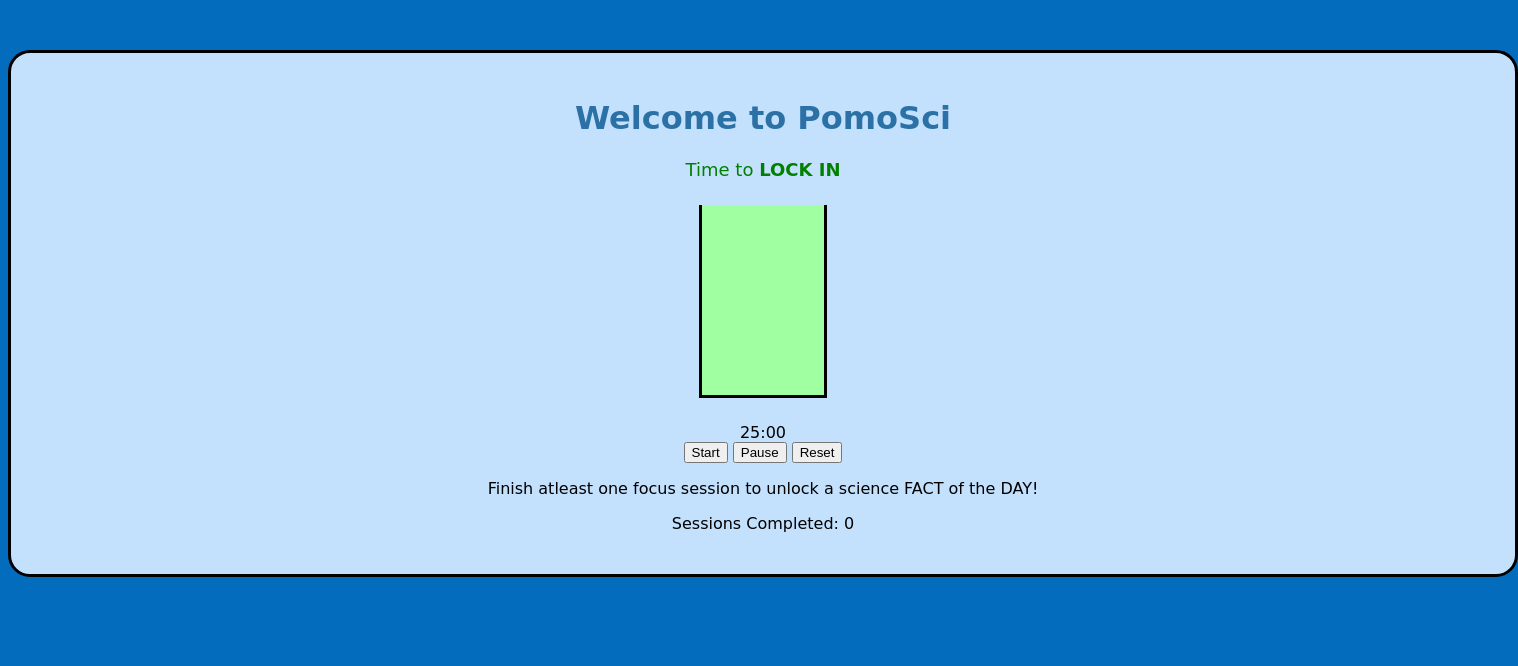
Repository: manayparikh1/Pomosci
Page: index.html
An editor plug-in stored every save of this project. The page is shown before and after the next save, followed by the edit.
The browser window is 1280 px wide. The page is 1518 px wide, so the pictures cover 1518 px, including what lies to the right of the window. The pictures show the whole page.

Above is the page before, as saved 2026-11-13 13:30:00.

After the next save:
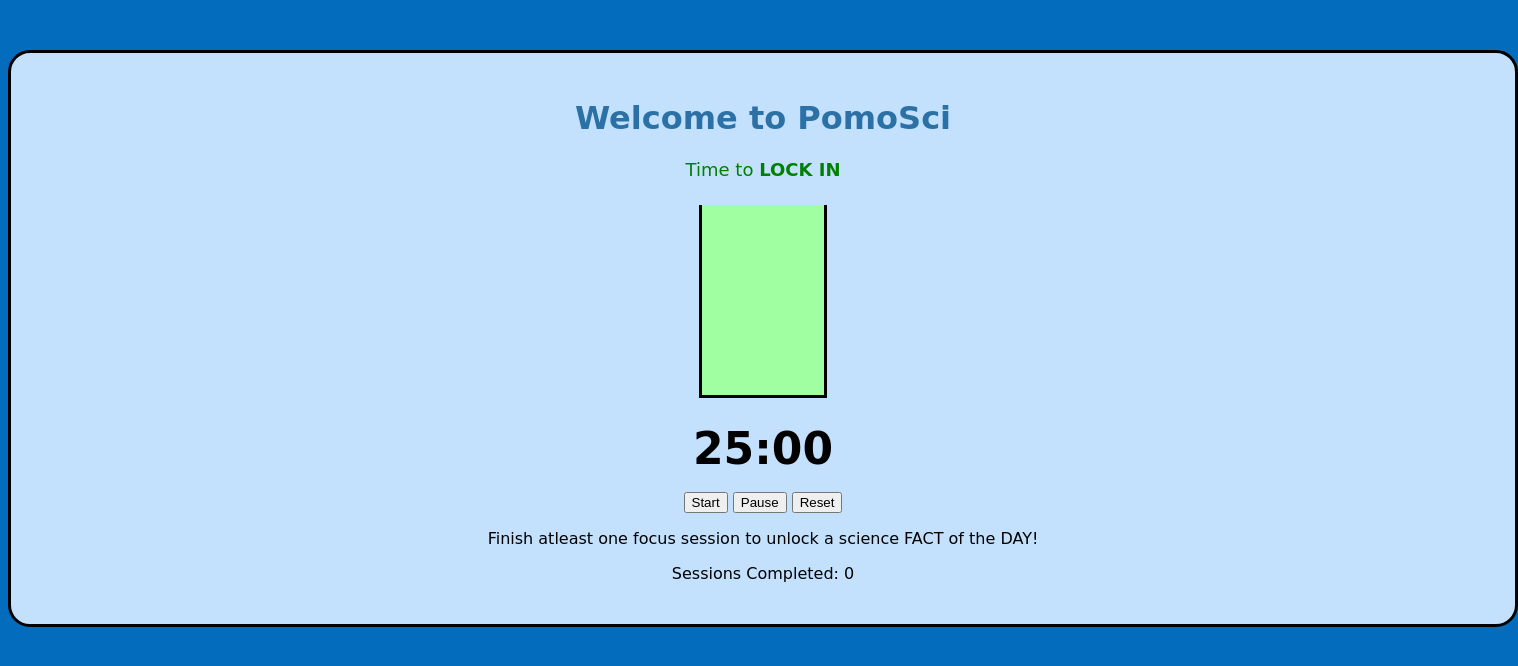
Saved 4 min 4 s later.
--- a/index.html
+++ b/index.html
@@ -73,3 +73,10 @@
                     bottom: 0;
                     width: 100%;
                 }
+
+                #time {
+                    font-size: 44px;
+                    font-weight: bold;
+                    margin: 18px;
+                    font-family: 'Comic Sans MS', cursive, sans-serif;
+                }
